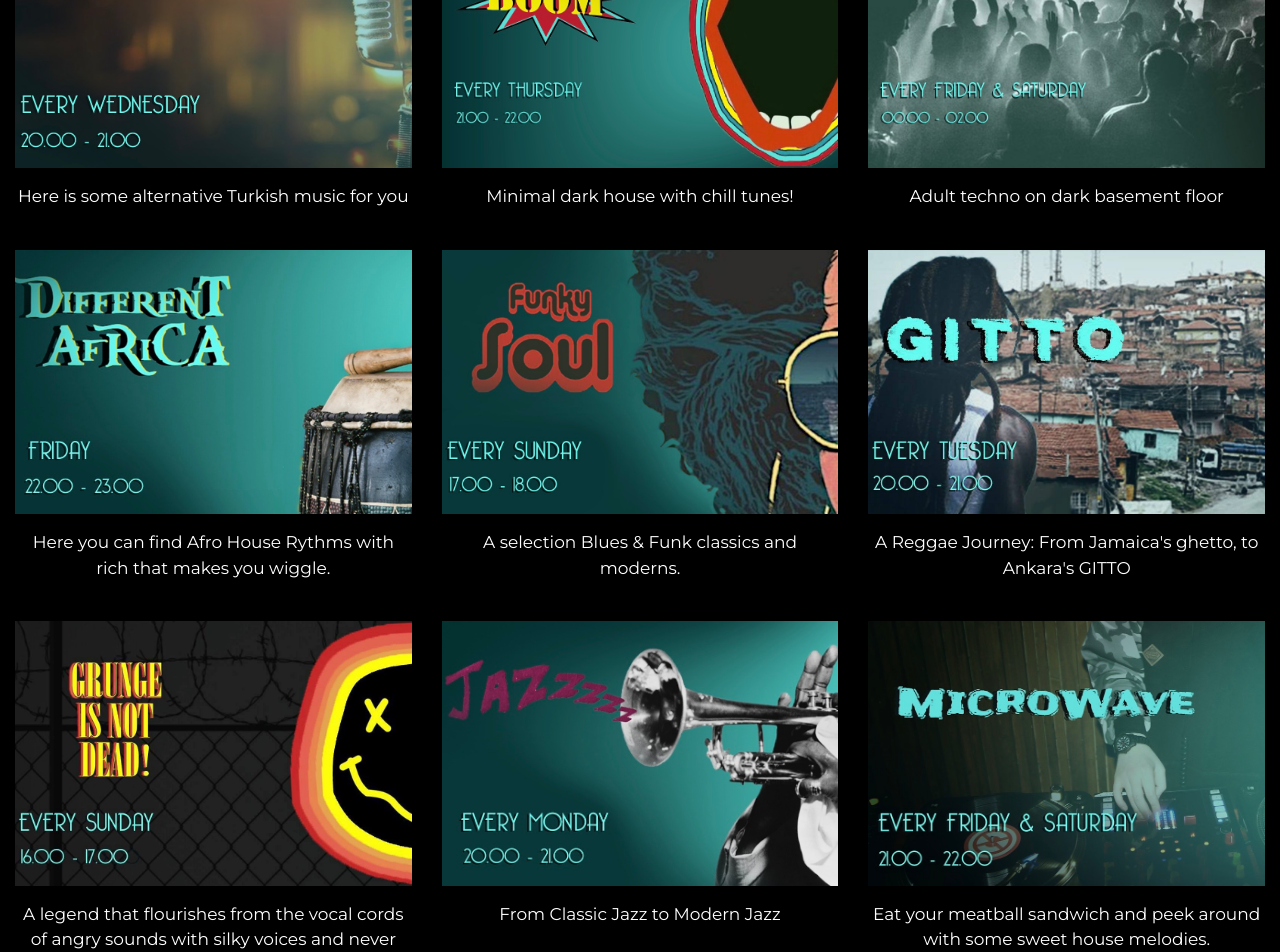
Repository: kaanistemi/Radyo-Denemeleri
Page: program.html
The author's editor kept a record of every edit. The page is drawn from the files as they stood at one moment, then again after the next edit.
The browser window is 1280 px wide. The pictures show the part of the page from y = 368 to 1320 px (the page is 2889 px tall).
A picture or video elsewhere on the page could not be fetched, so the positions and the page height are approximate. Some web libraries are served in a nearby version.

Above is the page before.

After the next edit:
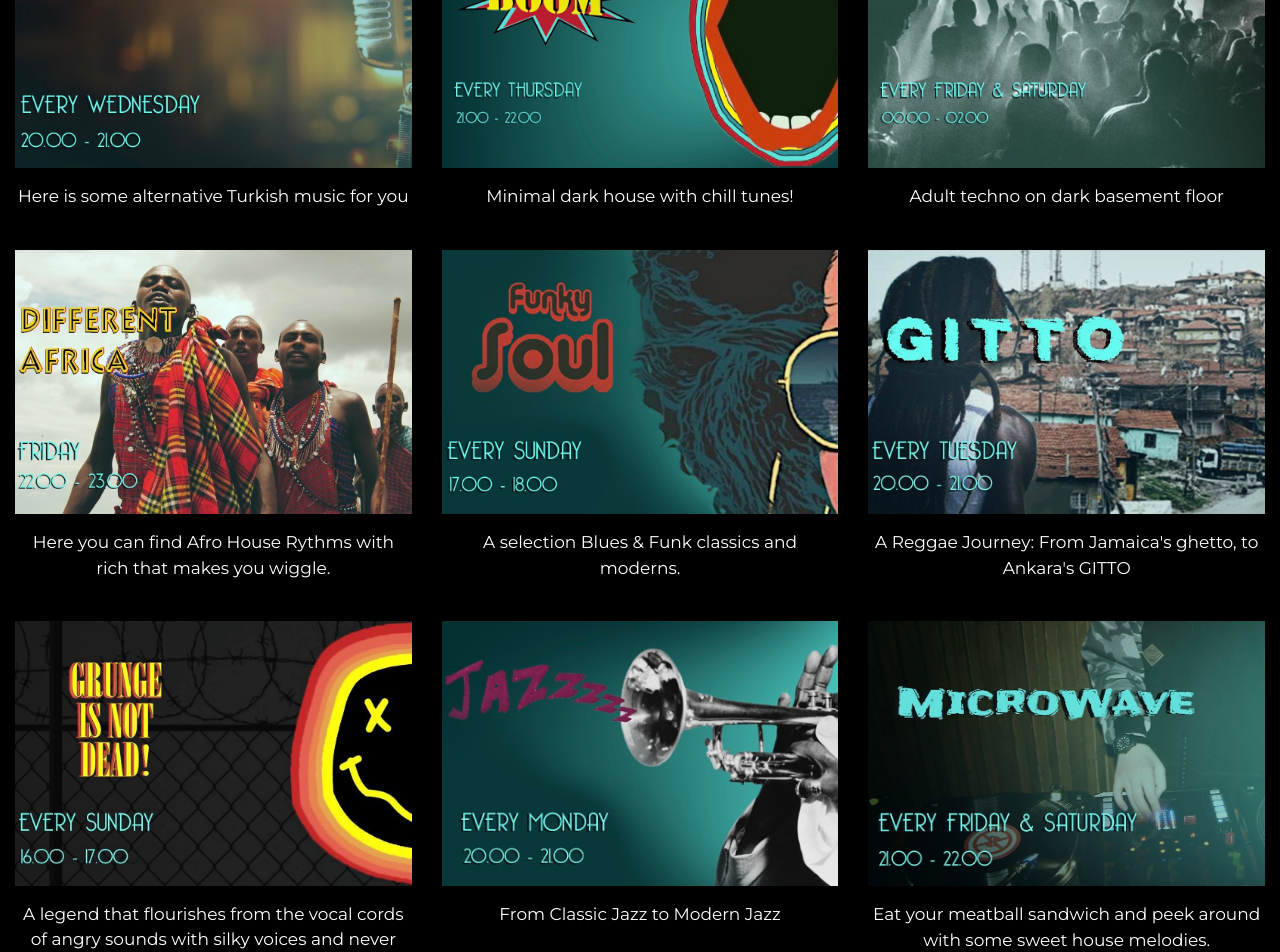
The edit:
--- a/program.html
+++ b/program.html
@@ -115,7 +115,7 @@
         <div class="row">
 
             <div class="col-sm">
-                <img class="img-responsive program" src=assets/images/Different_Africa_3e2.JPG alt="africa">
+                <img class="img-responsive program" src=assets/images/different-new-program.JPG alt="africa">
                 <center>
                     <p class="all-white mt-3">Here you can find Afro House Rythms with rich that makes you wiggle. </p>
                 </center>
